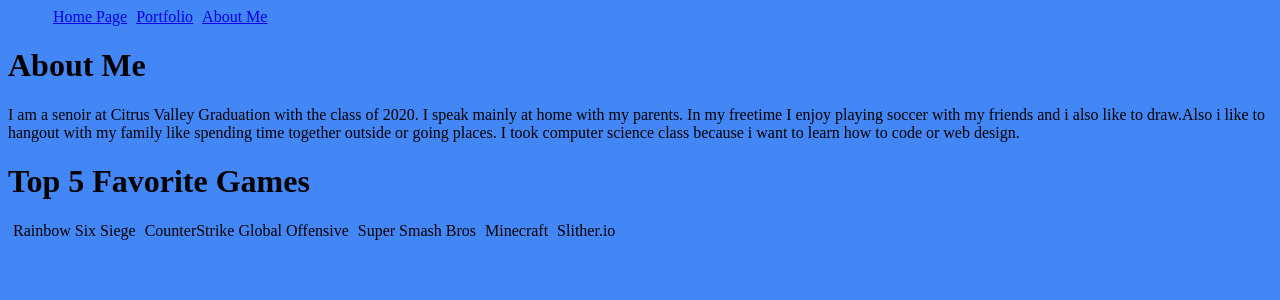
Repository: KevinBach02/KevinBach02.github.io
Page: about.html
The author's editor kept a record of every edit. The page is drawn from the files as they stood at one moment, then again after the next edit.
The browser window is 1280 px wide. The pictures show the whole page.

Above is the page before.

### about.html
<html>
    <head>
       <title>About Me</title>
       <link rel="stylesheet" href="./styles/style.css">


    <body>
        <ul>
          <li><a href="index.html">Home Page</a></li>
          <li><a href="portfolio.html">Portfolio</a></li>
          <li><a href="about.html">About Me</a></li>
        </ul>
     <h1>About Me</h1>
    <p>I am a senoir at Citrus Valley Graduation with the class of 2020. I speak
    mainly at home with my parents. In my freetime I enjoy playing soccer with my
    friends and i also like to draw.Also i like to hangout with my family like
    spending time together outside or going places. I took computer science class because i want
    to learn how to code or web design.</p>

    <h1>Top 5 Favorite Games</h1
       <ol>
       <li>Rainbow Six Siege</li>
       <li>CounterStrike Global Offensive</li>
       <li>Super Smash Bros</li>
       <li>Minecraft</li>
       <li>Slither.io</li>
       </ol>



    </body>

</html>

### styles/style.css
body{
    background-color:#4287f5;
    list-style:none;
}

a{
  color:

}

li{
    display:inline;
    padding-left:5px;
}

After the next edit:
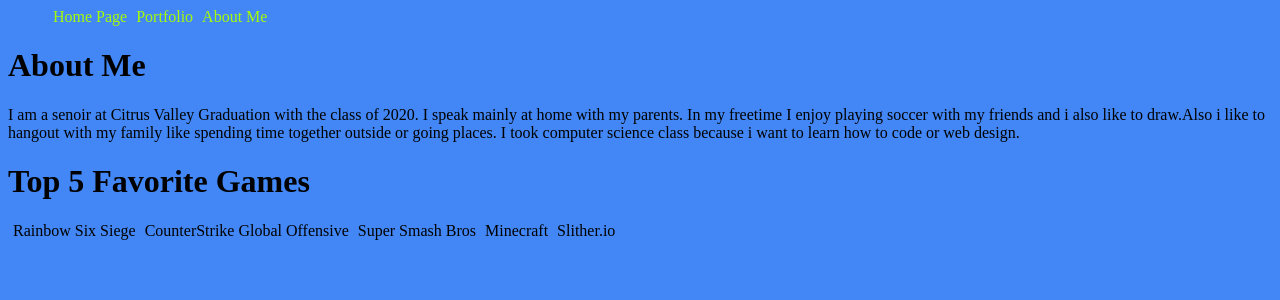
The edit:
--- a/styles/style.css
+++ b/styles/style.css
@@ -4,8 +4,8 @@
 }
 
 a{
-  color:
-
+  color:#a6fc05;
+  text-decoration: none;
 }
 
 li{
